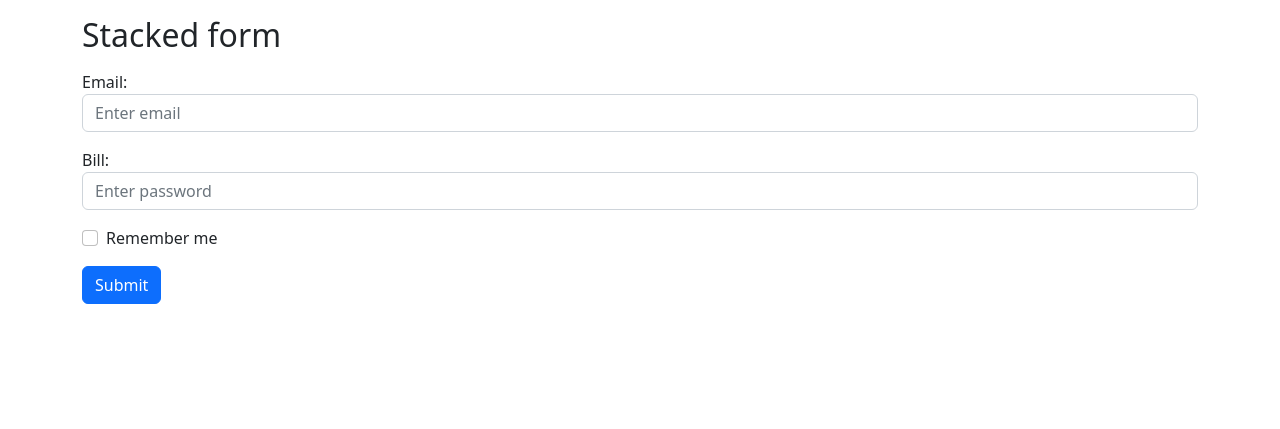
Repository: letantai3001180588/shoppingBE
Page: index.html
An editor plug-in stored every save of this project. The page is shown before and after the next save, followed by the edit.
The browser window is 1280 px wide. The pictures show the whole page.

Above is the page before, as saved 2023-03-05 19:39:04.

After the next save:
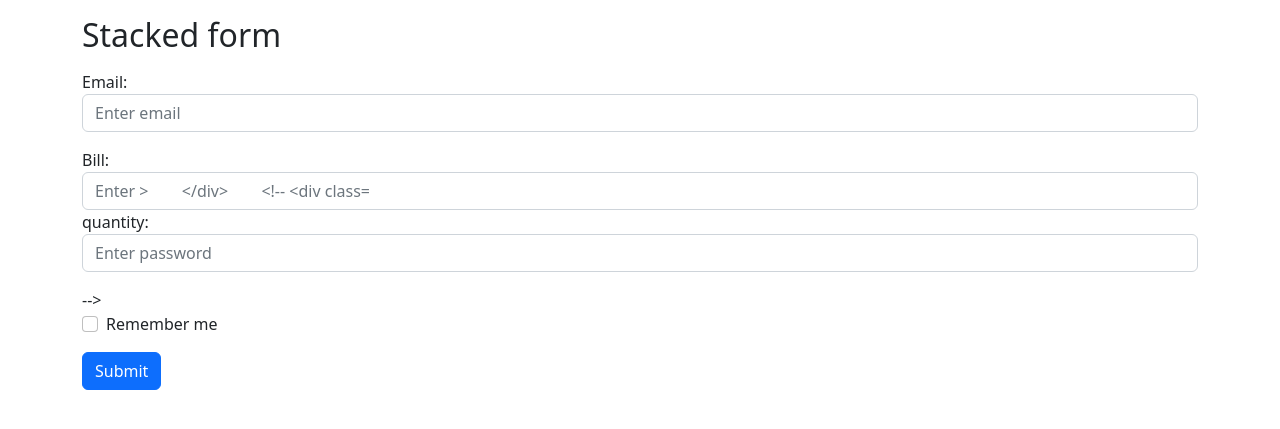
Saved 22 s later.
--- a/index.html
+++ b/index.html
@@ -14,11 +14,11 @@
     <form method="post" action="/detailBill/create">
         <div class="mb-3 mt-3">
             <label for="email">Email:</label>
-            <input type="text" class="form-control" id="email" placeholder="Enter email" name="user">
+            <input type="text" class="form-control" id="email" placeholder="Enter email">
         </div>
         <div class="mb-3">
             <label for="pwd">Bill:</label>
-            <input type="text" class="form-control" id="pwd" placeholder="Enter password" name="password">
+            <input type="text" class="form-control" id="pwd" placeholder="Enter >
         </div>
         <!-- <div class="mb-3">
             <label for="pwd">quantity:</label>

After the save that followed:
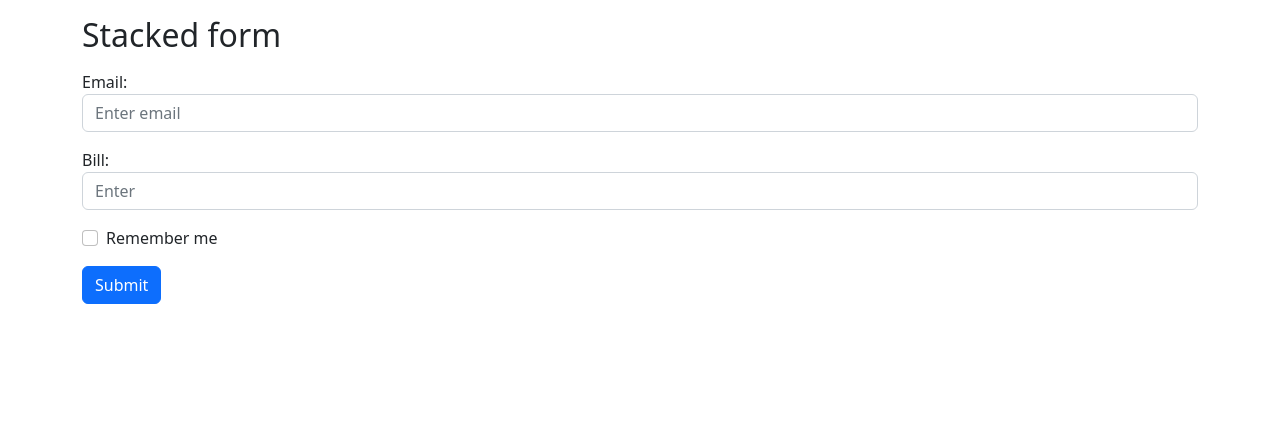
Saved 13 s later.
--- a/index.html
+++ b/index.html
@@ -14,11 +14,11 @@
     <form method="post" action="/detailBill/create">
         <div class="mb-3 mt-3">
             <label for="email">Email:</label>
-            <input type="text" class="form-control" id="email" placeholder="Enter email">
+            <input type="text" class="form-control" id="email" placeholder="Enter email" >
         </div>
         <div class="mb-3">
             <label for="pwd">Bill:</label>
-            <input type="text" class="form-control" id="pwd" placeholder="Enter >
+            <input type="text" class="form-control" id="pwd" placeholder="Enter ">
         </div>
         <!-- <div class="mb-3">
             <label for="pwd">quantity:</label>
